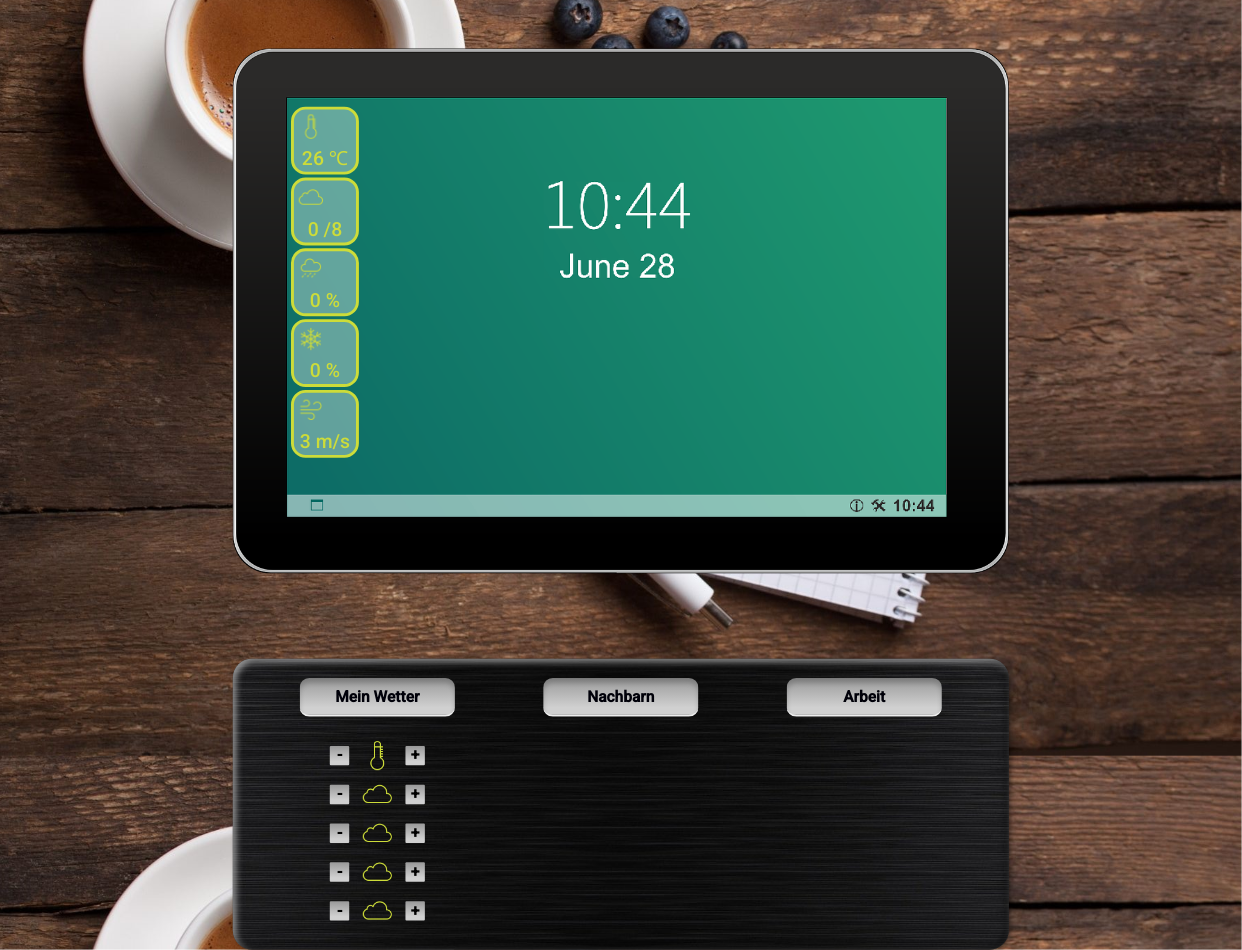
Repository: NadiaSchmitz/wetter.githab.io
Page: index.html
The author's editor kept a record of every edit. The page is drawn from the files as they stood at one moment, then again after the next edit.
The browser window is 1280 px wide. The pictures show the whole page, at 97% of full size.

Above is the page before.
Not found: styles/background1.css
Not found: styles/background2.css
Not found: styles/background3.css

After the next edit:
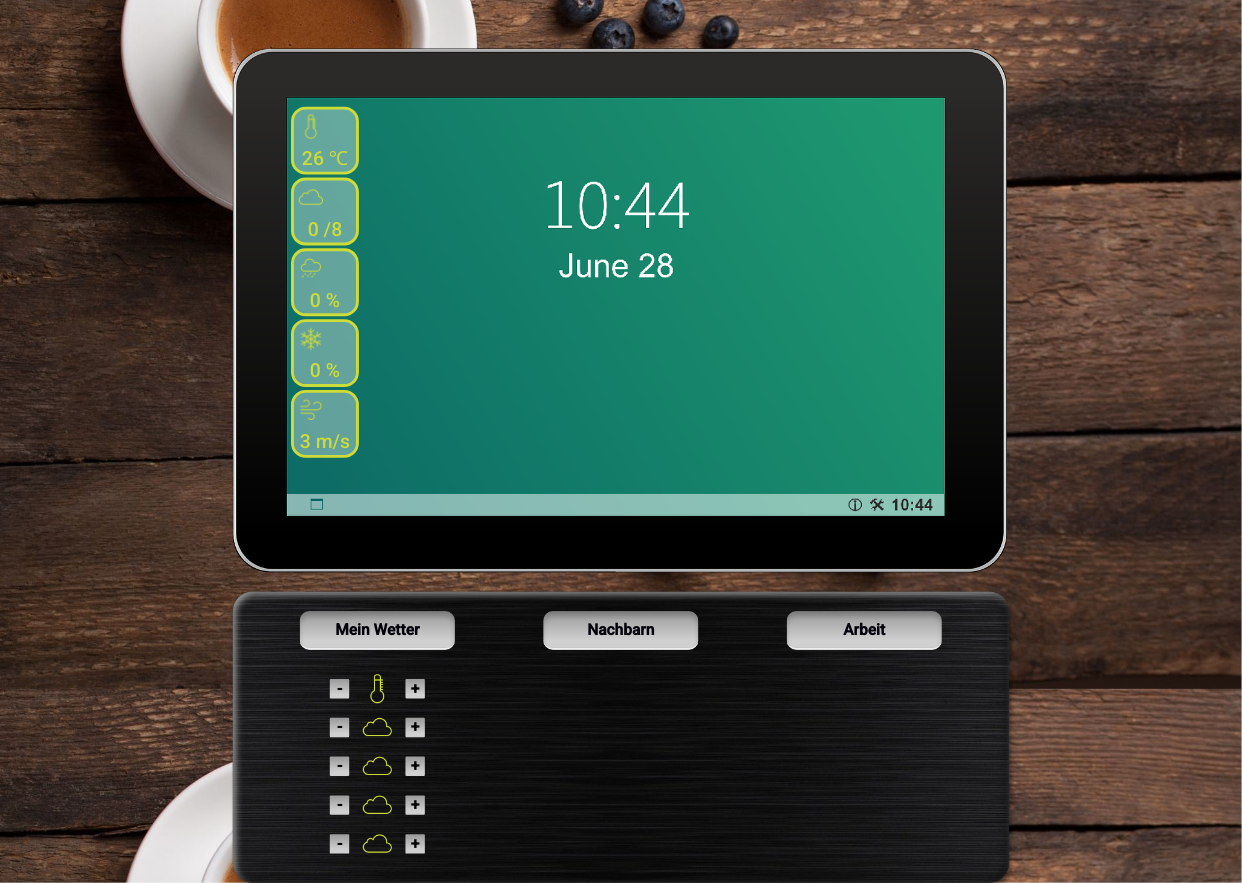
The edit:
--- a/styles/style.css
+++ b/styles/style.css
@@ -11,7 +11,7 @@
 
 .weather_wrapper {
   width: 800px;
-  height: 609px;
+  height: 540px;
   background-size: contain;
   background-repeat: no-repeat;
   margin: 0 auto 20px;
